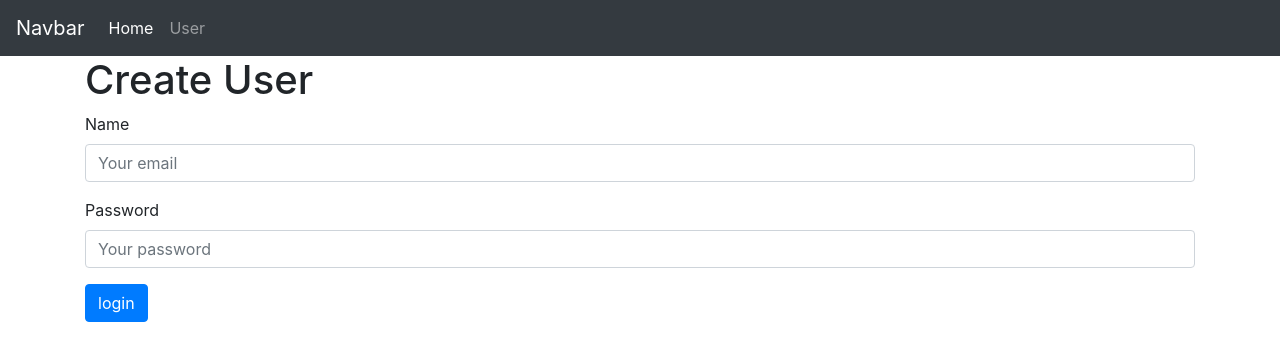
Repository: HuuNghi/nodeTokyo
Page: http://localhost/auth/login
An editor plug-in stored every save of this project. The page is shown before and after the next save, followed by the edit.
The browser window is 1280 px wide. The pictures show the whole page.
The page is served by the project's Node server (index.js).

Above is the page before, as saved 2020-04-06 23:12:03.

After the next save:
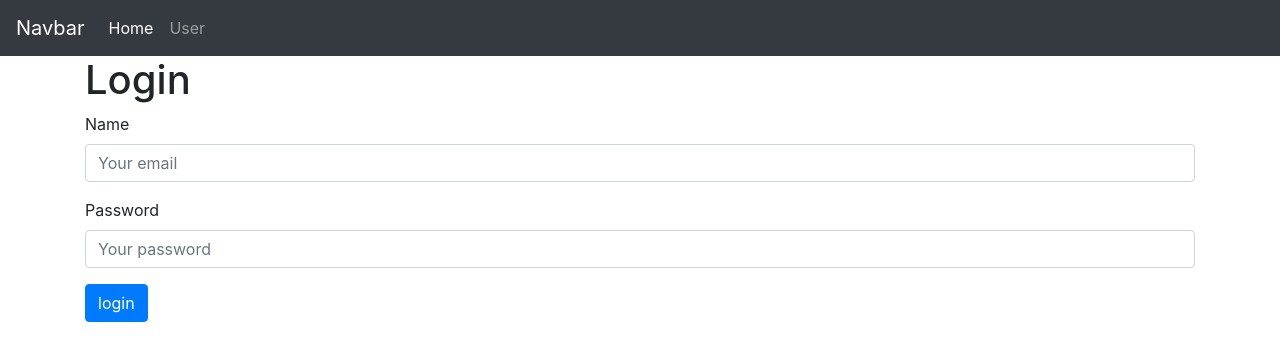
Saved 31 s later.
--- a/views/auth/login.pug
+++ b/views/auth/login.pug
@@ -1,6 +1,6 @@
 extend ../layouts/common
 block content
-  h1 Create User
+  h1 Login
   if errors
     each error in errors
       .alert.alert-danger=error
